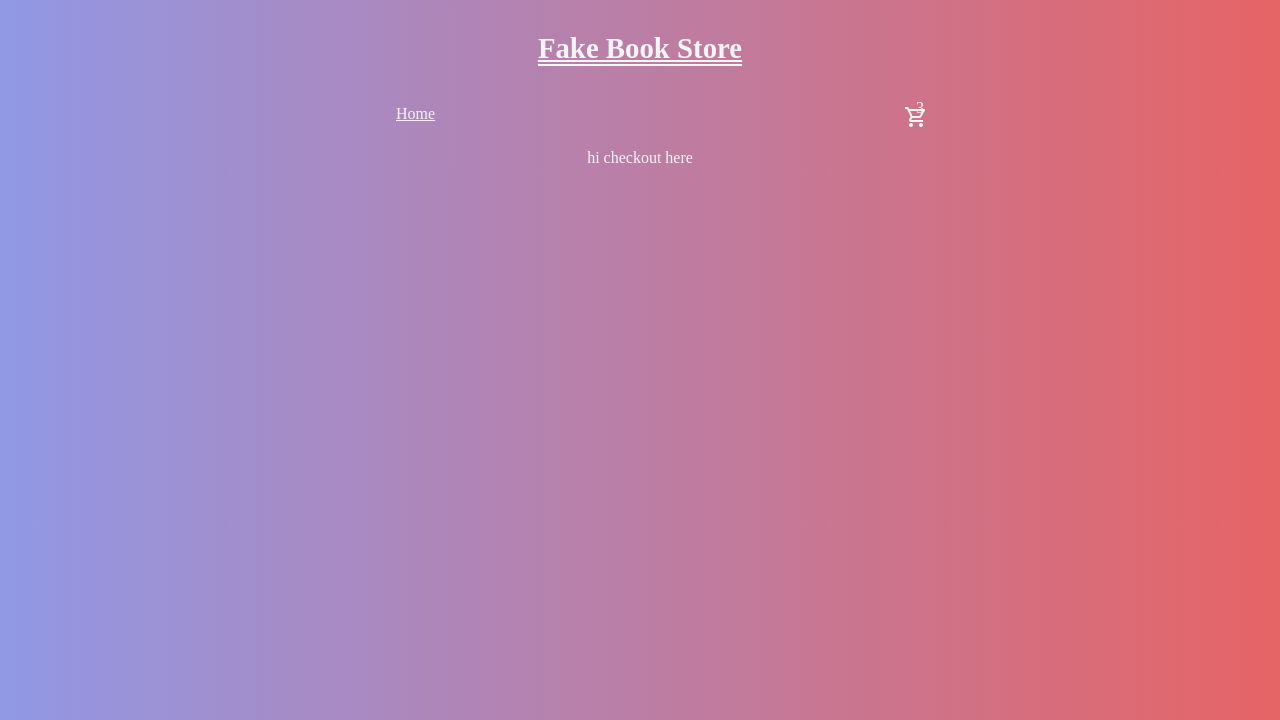
Repository: 0101chaitanya/shopping-cart
Page: /checkout
These files come from the project's save history. The page is drawn as it stood at one moment and after the next save; the edit follows.
The browser window is 1280 px wide. The pictures show the whole page.
Some web libraries are served in a nearby version. The project was rebuilt for these pictures with package versions that can differ from the ones it lists, and the page was loaded fresh each time. Also part of the build but not shown: src/components/Book.js, src/components/Home.js.

Above is the page before, as saved 2021-08-08 14:22:53.

### public/index.html
<!DOCTYPE html>
<html lang="en">

  <head>
    <meta charset="utf-8" />
    <link rel="icon" href="%PUBLIC_URL%/favicon.ico" />
    <meta name="viewport" content="width=device-width, initial-scale=1" />
    <meta name="theme-color" content="#000000" />
    <meta name="description" content="Web site created using create-react-app" />
    <link rel="apple-touch-icon" href="%PUBLIC_URL%/logo192.png" />
    <!--
      manifest.json provides metadata used when your web app is installed on a
      user's mobile device or desktop. See https://developers.google.com/web/fundamentals/web-app-manifest/
    -->
    <link rel="manifest" href="%PUBLIC_URL%/manifest.json" />
    <!--
      Notice the use of %PUBLIC_URL% in the tags above.
      It will be replaced with the URL of the `public` folder during the build.
      Only files inside the `public` folder can be referenced from the HTML.

      Unlike "/favicon.ico" or "favicon.ico", "%PUBLIC_URL%/favicon.ico" will
      work correctly both with client-side routing and a non-root public URL.
      Learn how to configure a non-root public URL by running `npm run build`.
    -->
    <link rel="stylesheet" href="https://fonts.googleapis.com/icon?family=Material+Icons+Outlined" />
    <script src="https://kit.fontawesome.com/3dcaf9f6de.js" crossorigin="anonymous"></script>
    <title>React App</title>
  </head>

  <body>
    <noscript>You need to enable JavaScript to run this app.</noscript>
    <div id="root"></div>
    <!--
      This HTML file is a template.
      If you open it directly in the browser, you will see an empty page.

      You can add webfonts, meta tags, or analytics to this file.
      The build step will place the bundled scripts into the <body> tag.

      To begin the development, run `npm start` or `yarn start`.
      To create a production bundle, use `npm run build` or `yarn build`.
    -->
  </body>

</html>

### src/index.js
import React from "react";
import ReactDOM from "react-dom";
import App from "./App";
import reportWebVitals from "./reportWebVitals";
import { ContextWrapper } from "./components/Context";
ReactDOM.render(
  <React.StrictMode>
    <ContextWrapper>
      <App />
    </ContextWrapper>
  </React.StrictMode>,
  document.getElementById("root")
);

// If you want to start measuring performance in your app, pass a function
// to log results (for example: reportWebVitals(console.log))
// or send to an analytics endpoint. Learn more: https://bit.ly/CRA-vitals
reportWebVitals();

### src/App.js
import "./App.css";
import { produce } from "immer";
import React, { useState, useReducer, useEffect } from "react";
import { BrowserRouter as Router, Route, Switch } from "react-router-dom";
import Nav from "./components/Nav";
import Home from "./components/Home";
import Checkout from "./components/Checkout";

function App() {
  return (
    <Router>
      <div className="App">
        <Nav />

        <Switch>
          <Route path="/" exact component={Home} />
          <Route path="/checkout" exact component={Checkout} />
        </Switch>
      </div>
    </Router>
  );
}

export default App;

### src/components/Context.js
import React, { createContext, useEffect, useContext, useReducer } from "react";
import reducer from "./Reducer";
import data from "./Books.json";
const initialState = {
  cart: data,

  total: 0,
};

const myContext = createContext();

const ContextWrapper = ({ children }) => {
  const [state, dispatch] = useReducer(reducer, initialState);
  const togglePaper = ({ id, paper }) => {
    dispatch({ type: "TOGGLE_PAPER", payload: { id, paper } });
  };
  const toggleCheckout = ({ id, checkout }) => {
    dispatch({ type: "TOGGLE-CHECKOUT", payload: { id, checkout } });
  };

  useEffect(() => {
    computeTotal();
  }, [state.cart]);
  const computeTotal = () => {
    dispatch({ type: "COMPUTE-TOTAL" });
  };
  console.log(state);
  return (
    <myContext.Provider value={{ ...state, togglePaper, toggleCheckout }}>
      {children}
    </myContext.Provider>
  );
};
const useGlobalContext = () => {
  return useContext(myContext);
};

export { useGlobalContext, ContextWrapper };

### src/App.css
.App {
  text-align: center;
}
html,
body,
.App {
  display: flex;
  flex-direction: column;
  justify-content: center;
  align-items: center;
  width: 100vw;
  height: fit-content;
  color: whitesmoke;
  background: linear-gradient(to left, #e66465, #9198e5);
}
nav {
  width: 100vw;
  display: flex;
  flex-direction: column;
  justify-content: center;
  align-items: center;
}

nav > h1 {
  justify-content: center;
  text-align: center;
  font-size: 1.8rem;
  text-decoration: underline double;
}
nav > ul {
  grid-area: ul;
  display: flex;
  align-content: flex-start;
  width: 35rem;
  justify-content: space-between;
  list-style-type: none;
}
nav > ul > li:nth-child(1) {
  display: flex;
}
nav > ul > li:nth-child(1) > * {
  margin: 0 1rem;
}
a {
  color: whitesmoke;
}
input {
  font-size: 2rem;
}
form {
  display: flex;
  flex-direction: column;
  justify-content: flex-start;
  align-items: center;
  width: 12rem;
  height: 25rem;
  font-size: 0.8rem;
  padding: 0.5rem 0rem 0.5rem;
  background: rgb(132, 168, 96);
  border: solid 0.5rem rgb(156, 156, 30);
  border-radius: 1rem;
}
.bookShow {
  width: 80vh;
  justify-content: center;
  align-items: center;
  display: grid;
  grid-auto-flow: row;
  grid-template-columns: repeat(3, 1fr);
  grid-gap: 0.8rem;
}
img {
  width: 10rem;
  height: 15rem;
}
h3,
h4 {
  margin: 0 0.2rem;
}
button {
  background-color: blueviolet;
  border: none;
  border-radius: 0.5rem;
  padding: 0.3rem;
  margin: 0.1rem;
}
button:disabled {
  color: rgb(105, 93, 93);
  background-color: rgb(238, 101, 101);
}
.count {
  border-radius: 2rem;
}
.count > span:nth-child(2) {
  position: relative;
  z-index: 10;
  left: -1rem;
  top: -1rem;
}

### src/components/Nav.js
import React, { useState, useEffect } from "react";
import { Link } from "react-router-dom";
import { useGlobalContext } from "./Context";
const Nav = (props) => {
  const { total } = useGlobalContext();
  return (
    <nav>
      <h1>Fake Book Store</h1>
      <ul className="nav-links">
        <li>
          <Link className="links" to="/">
            <span>Home</span>
          </Link>
        </li>
        <li>
          <Link
            style={{ textDecoration: "none" }}
            className="links"
            to="/checkout"
          >
            <span className="count">
              <span class="material-icons-outlined">shopping_cart</span>
              <span> {total}</span>
            </span>
          </Link>
        </li>
      </ul>
    </nav>
  );
};
export default Nav;

### src/components/Checkout.js
import React, { useState, useEffect } from "react";

const Checkout = () => {
  return <div>hi checkout here</div>;
};
export default Checkout;

### src/components/Reducer.js
const reducer = (state, action) => {
  switch (action.type) {
    case "TOGGLE_PAPER":
      const cart_SET_PAPER = state.cart.map((item) => {
        if (item.id === action.payload.id) {
          return { ...item, paper: action.payload.paper };
        }
        return item;
      });
      return { ...state, cart: cart_SET_PAPER };

    case "TOGGLE-CHECKOUT":
      const cartModified = state.cart.map((item) => {
        if (item.id === action.payload.id) {
          console.log(action.payload.checkout, item.id, action.payload.id);
          return { ...item, checkout: action.payload.checkout };
        }
        return item;
      });
      return { ...state, cart: [...cartModified] };

    case "COMPUTE-TOTAL":
      let count = state.cart.filter((item) => {
        return item.checkout ? true : false;
      });
      return { ...state, total: count.length };
    default:
      throw new Error(`no matching action found for ${action.type}`);
  }
};
export default reducer;

### src/components/Books.json
[
  {
    "id": "book1",
    "name": "Anna Karenina",
    "image": "https://archive.org/services/img/ost-english-annakareninatols00tolsiala",
    "price": 399,
    "identifier": "ost-english-annakareninatols00tolsiala",
    "checkout": true,
    "paper": false
  },
  {
    "id": "book2",
    "name": "Madame Bovary : a study of provincial life",
    "image": "https://archive.org/services/img/madamebovarystud00flau",
    "price": 499,
    "identifier": "madamebovarystud00flau",
    "checkout": true,
    "paper": false
  },
  {
    "id": "book3",
    "name": "War and Peace",
    "image": "https://archive.org/services/img/warandpeace01dolegoog",
    "checkout": false,
    "paper": false,

    "price": 1299,
    "identifier": "warandpeace01dolegoog"
  },
  {
    "id": "book4",
    "name": "The Great Gatsby",
    "image": "https://archive.org/services/img/the-great-gatsby_1922",
    "checkout": true,
    "paper": true,

    "price": 799,
    "identifier": "the-great-gatsby_1922"
  },
  {
    "id": "book5",
    "name": "Middlemarch",
    "image": "https://archive.org/services/img/middlemarchastu07eliogoog",
    "checkout": false,
    "paper": false,

    "price": 150,
    "identifier": "middlemarchastu07eliogoog"
  },
  {
    "id": "book6",
    "name": "The Adventures of Huckleberry Finn",
    "image": "https://archive.org/services/img/adventureshuckle00twaiiala",
    "checkout": false,
    "paper": false,

    "price": 249,
    "identifier": "adventureshuckle00twaiiala"
  },
  {
    "id": "book7",
    "name": "The Stories of Anton Chekhov",
    "image": "https://archive.org/services/img/in.ernet.dli.2015.507759",
    "checkout": false,
    "paper": false,

    "price": 550,
    "identifier": "in.ernet.dli.2015.507759"
  },
  {
    "id": "book8",
    "name": "In Search of Lost Time",
    "image": "https://archive.org/services/img/InSearchOfLostTimeCompleteVolumes",

    "checkout": false,
    "paper": false,
    "price": 1199,
    "identifier": "InSearchOfLostTimeCompleteVolumes"
  },
  {
    "id": "book9",
    "name": "Hamlet",
    "image": "https://archive.org/services/img/shakespeareshaml01shak",
    "checkout": false,
    "paper": false,

    "price": 1500,
    "identifier": "shakespeareshaml01shak"
  },
  {
    "id": "book10",
    "name": "Moby Dick",
    "image": "https://archive.org/services/img/mobydickorwhale01melvuoft",
    "checkout": false,
    "paper": false,

    "price": 699,
    "identifier": "mobydickorwhale01melvuoft"
  }
]

Loaded but not shown: src/reportWebVitals.js (common file)

After the next save:
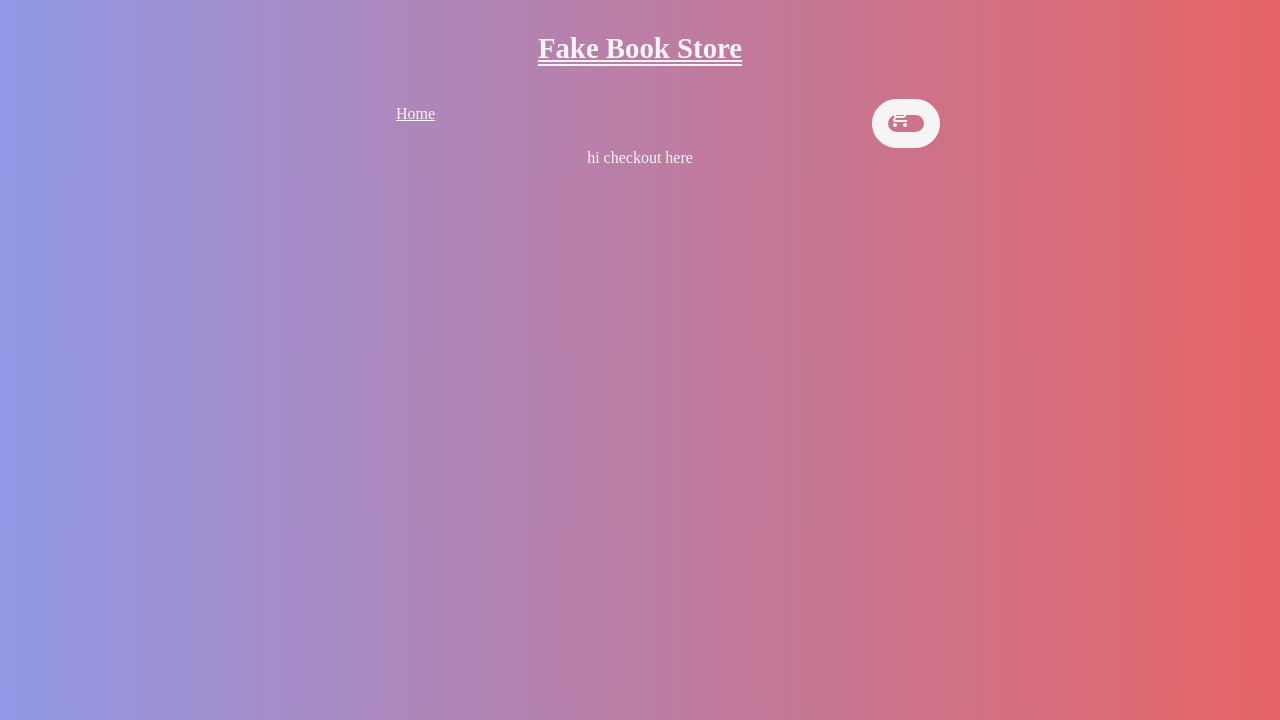
Saved 9 s later.
--- a/src/App.css
+++ b/src/App.css
@@ -90,6 +90,7 @@ button:disabled {
 }
 .count {
   border-radius: 2rem;
+  border: 1rem solid;
 }
 .count > span:nth-child(2) {
   position: relative;
